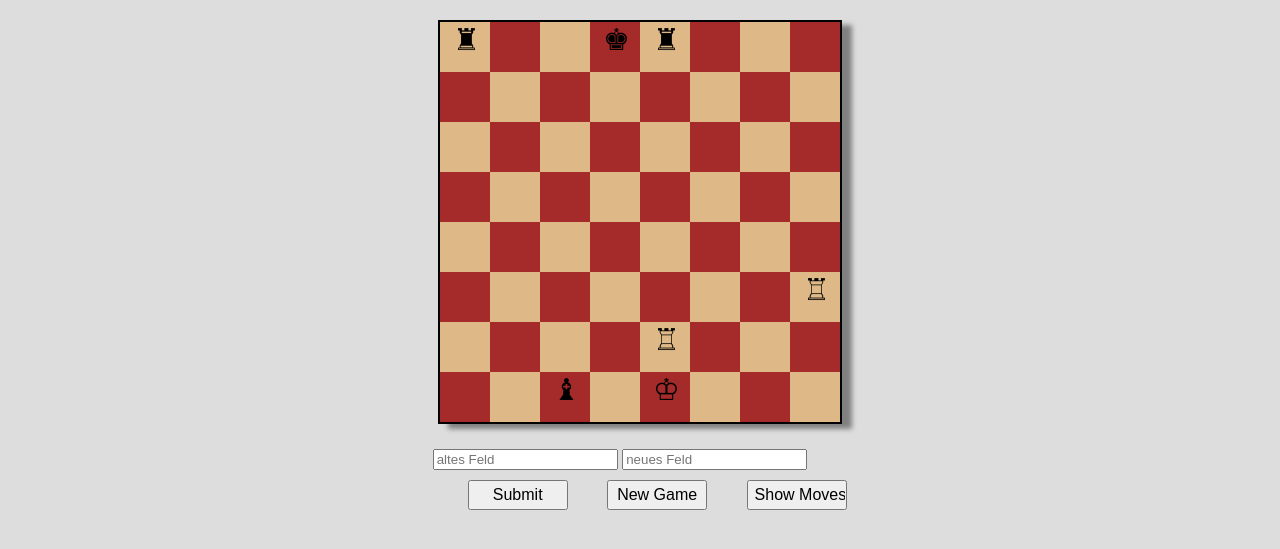
Repository: lizenzblue/Schach
Page: http://localhost/Schach.php
These files come from the project's save history. The page is drawn as it stood at one moment and after the next save; the edit follows.
The browser window is 1280 px wide. The pictures show the whole page.
The page is run by PHP 8.4 with error messages shown; the project is at /var/www/html/.

Above is the page before, as saved 2023-02-03 11:38:26.

After the next save:
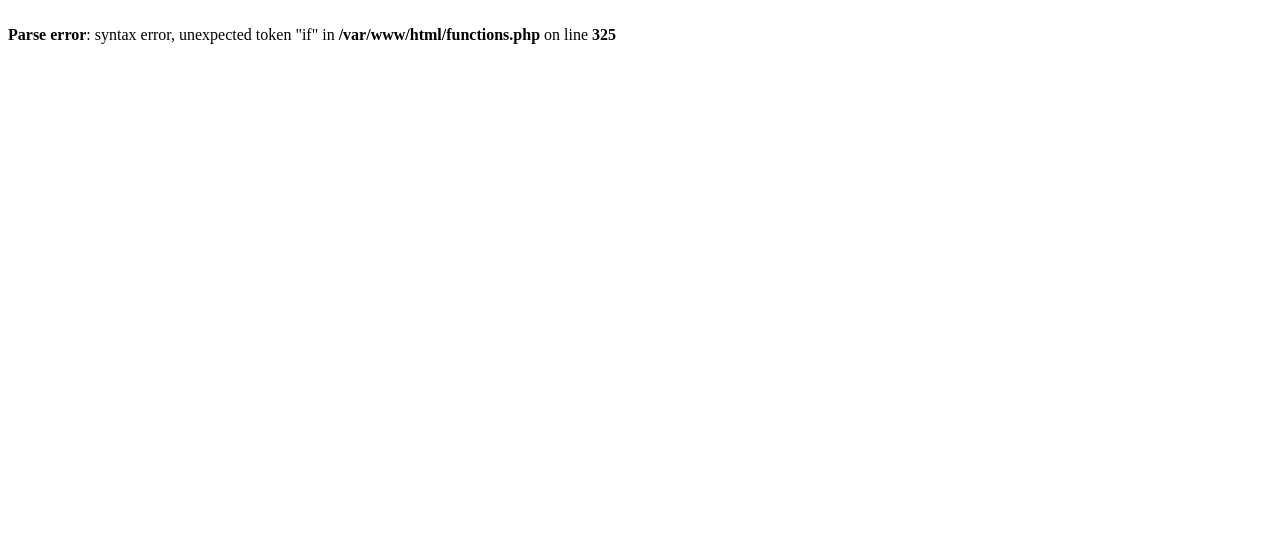
Saved 38 s later.
--- a/functions.php
+++ b/functions.php
@@ -319,6 +319,8 @@
             $posKing = [$playerPiece["x"], $playerPiece["y"]];
         }
     }
+
+    $result["check"] = check($posKing, $dataGrid, $color, $onlyTestting)
 
     if (check($posKing, $dataGrid, $color, $onlyTestting)) {
         if (checkMate($posKing, $dataGrid)) {

After the save that followed:
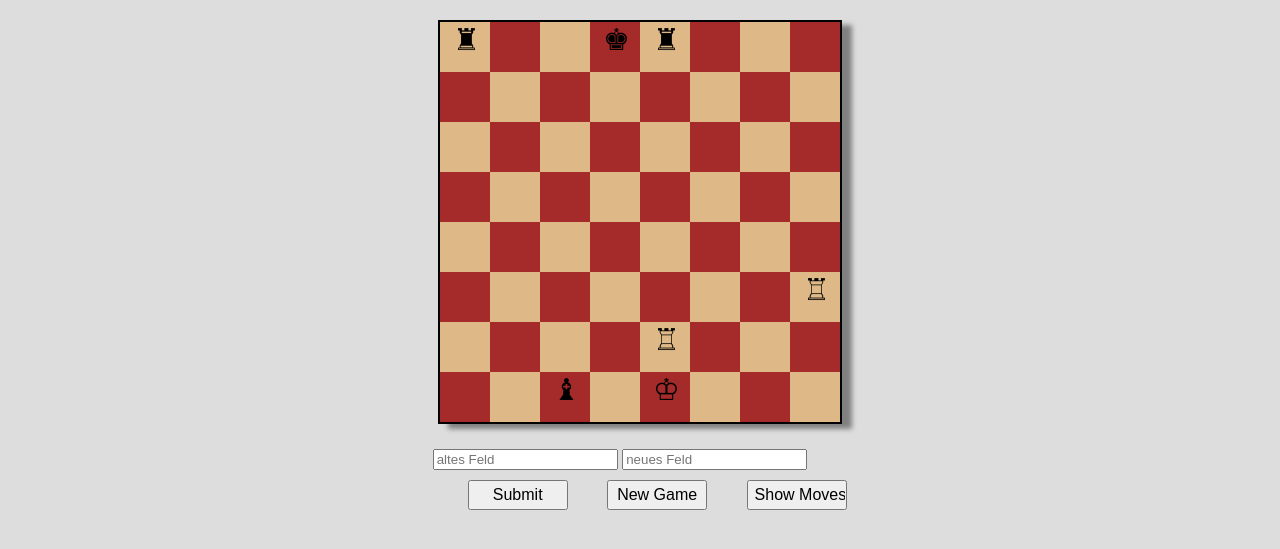
Saved 4 s later.
--- a/functions.php
+++ b/functions.php
@@ -320,7 +320,7 @@
         }
     }
 
-    $result["check"] = check($posKing, $dataGrid, $color, $onlyTestting)
+    $result["check"] = check($posKing, $dataGrid, $color, $onlyTestting);
 
     if (check($posKing, $dataGrid, $color, $onlyTestting)) {
         if (checkMate($posKing, $dataGrid)) {
